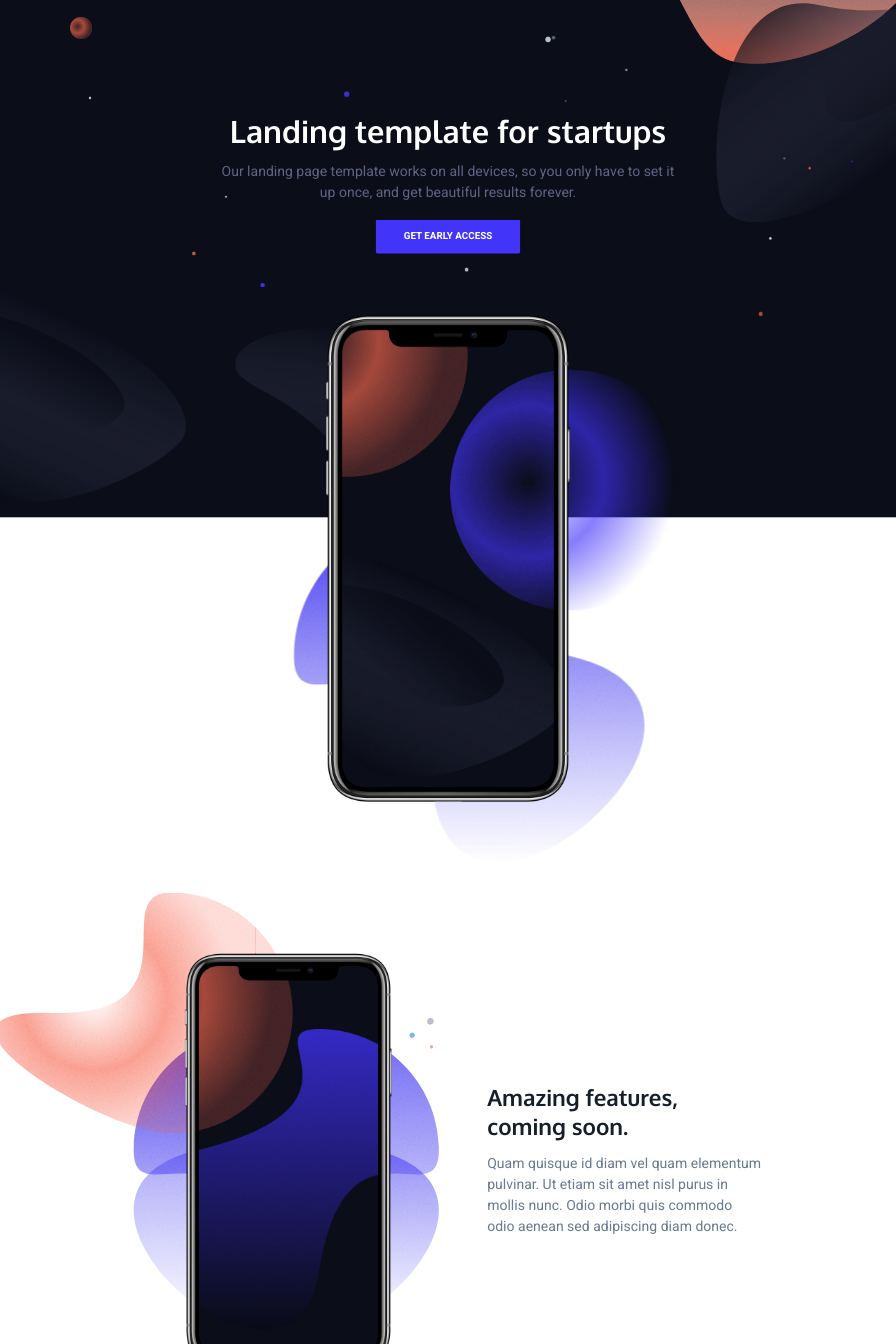
Repository: WieczorS/EventAppLandingPage
Page: index.html
The author's editor kept a copy of each file at every save. The page is drawn from the files as they stood at one save, then again after the next save.
The browser window is 1280 px wide. The pictures show the part of the page from y = 0 to 1920 px (the page is 4820 px tall), at 70% of full size.

Above is the page before, as saved 2023-02-24 15:11:23.

After the next save:
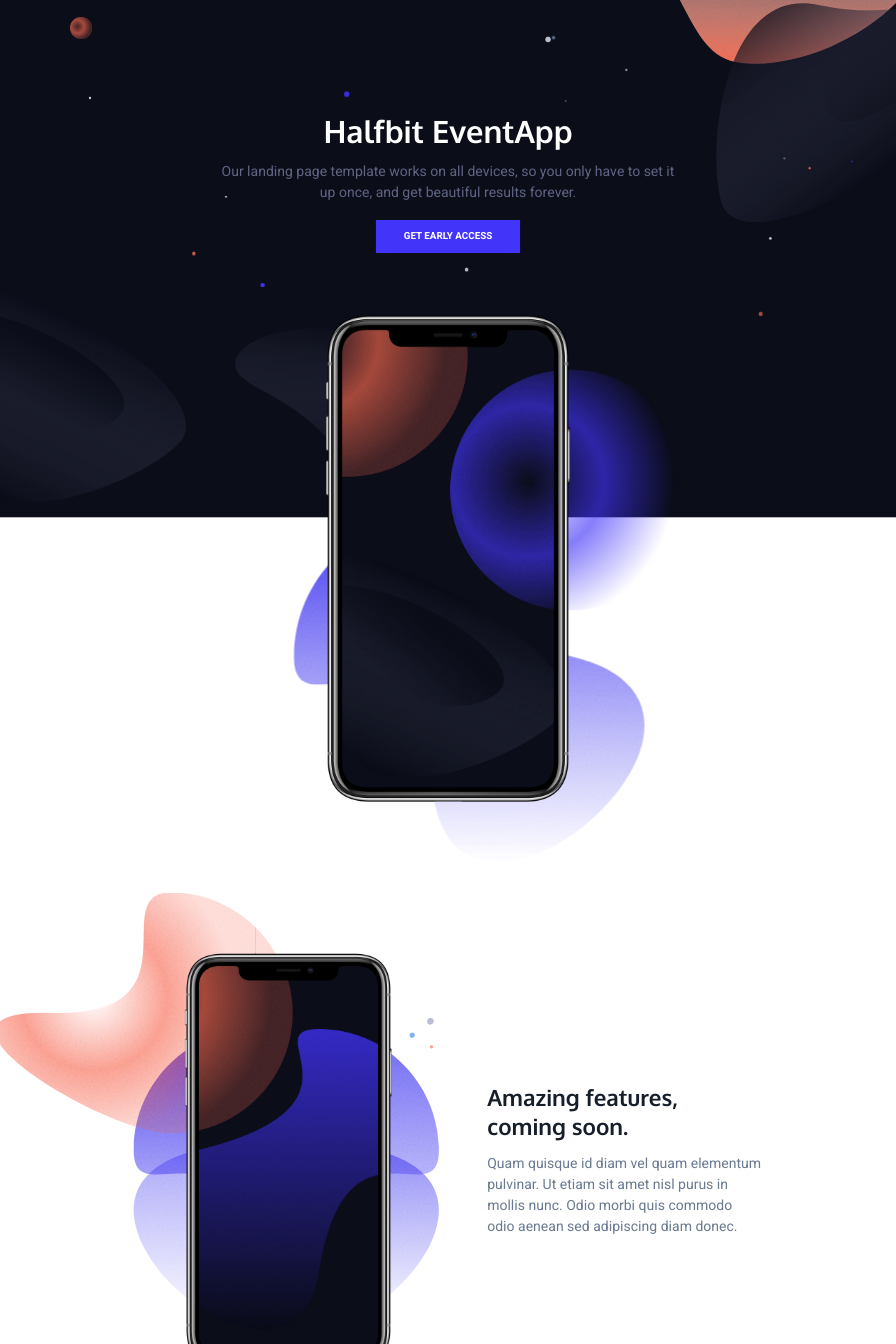
Saved 129 days later.
--- a/index.html
+++ b/index.html
@@ -34,7 +34,7 @@
                 <div class="container-sm">
                     <div class="hero-inner">
 						<div class="hero-copy">
-	                        <h1 class="hero-title mt-0">Landing template for startups</h1>
+	                        <h1 class="hero-title mt-0">Halfbit EventApp</h1>
 	                        <p class="hero-paragraph">Our landing page template works on all devices, so you only have to set it up once, and get beautiful results forever.</p>
 	                        <div class="hero-cta">
 								<a class="button button-primary button-wide-mobile" href="#">Get early access</a>
